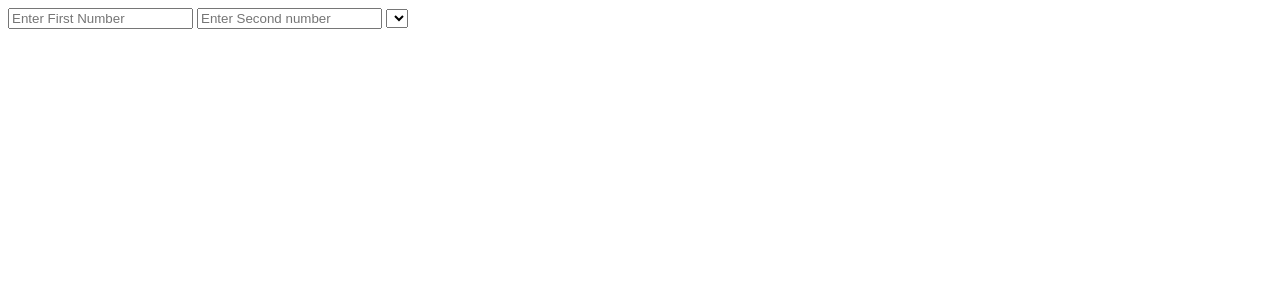
Repository: charlieactor/Skill-Distillery
Page: workspace/CalculatorWebApp/WebContent/index.html
These files come from the project's save history. The page is drawn as it stood at one moment and after the next save; the edit follows.
The browser window is 1280 px wide. The pictures show the whole page.

Above is the page before, as saved 2017-07-10 23:29:22.

After the next save:
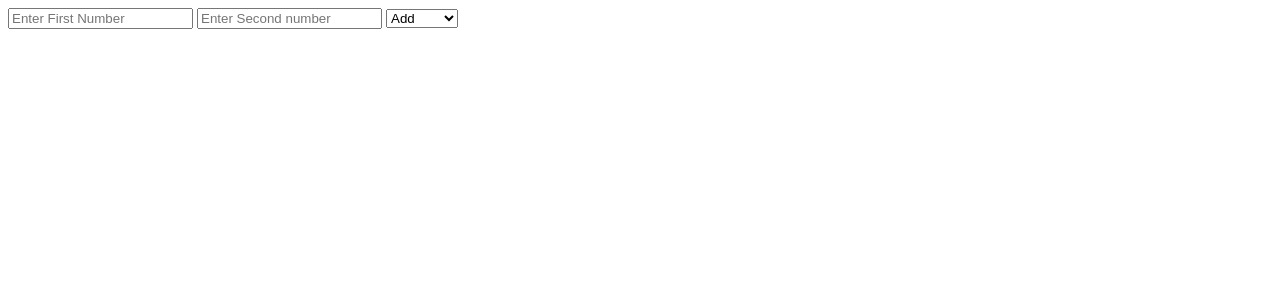
Saved 33 s later.
--- a/workspace/CalculatorWebApp/WebContent/index.html
+++ b/workspace/CalculatorWebApp/WebContent/index.html
@@ -9,6 +9,10 @@
   <input type="text" name="firstNum" placeholder="Enter First Number">
   <input type="text" name="secondNum" placeholder="Enter Second number">
   <select name="math">
+  	<option>Add</option>
+  	<option>Subtract</option>
+  	<option>Multiply</option>
+  	<option>Divide</option>
   </select>
 
 
